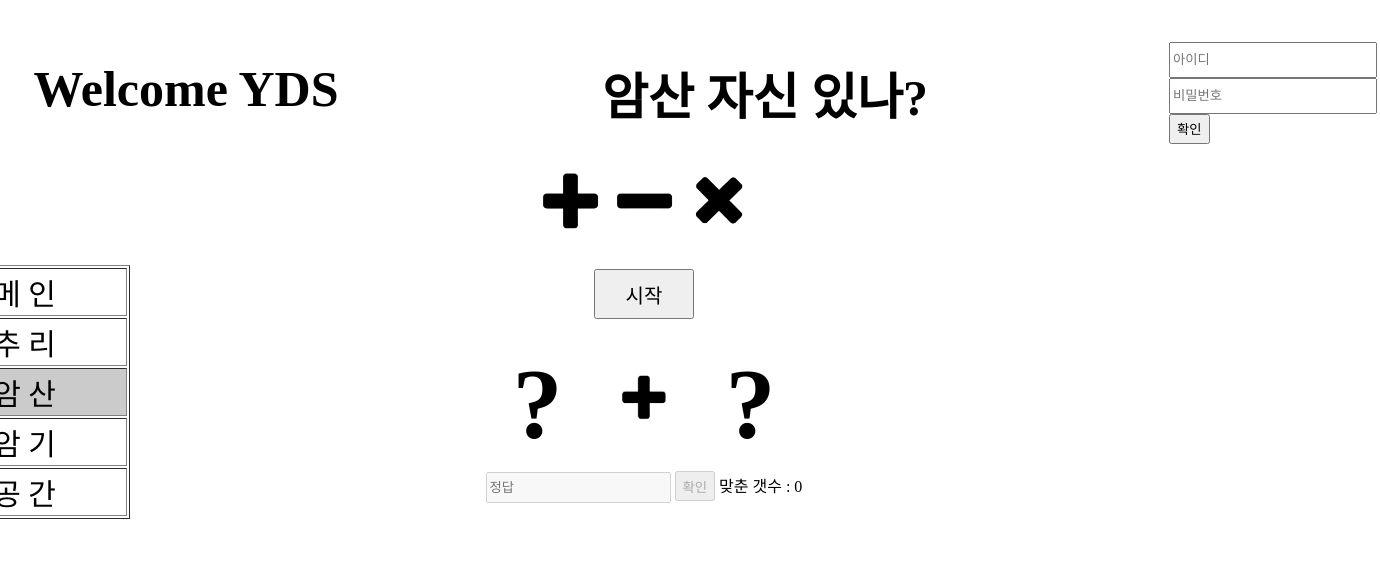
Repository: ejrtn/springbootMaven
Page: deoksu/src/main/resources/static/math.html
These files come from the project's save history. The page is drawn as it stood at one moment and after the next save; the edit follows.
The browser window is 1280 px wide. The page is 1380 px wide, so the pictures cover 1380 px, including what lies to the right of the window. The pictures show the whole page.

Above is the page before, as saved 2021-04-10 09:08:25.

After the next save:
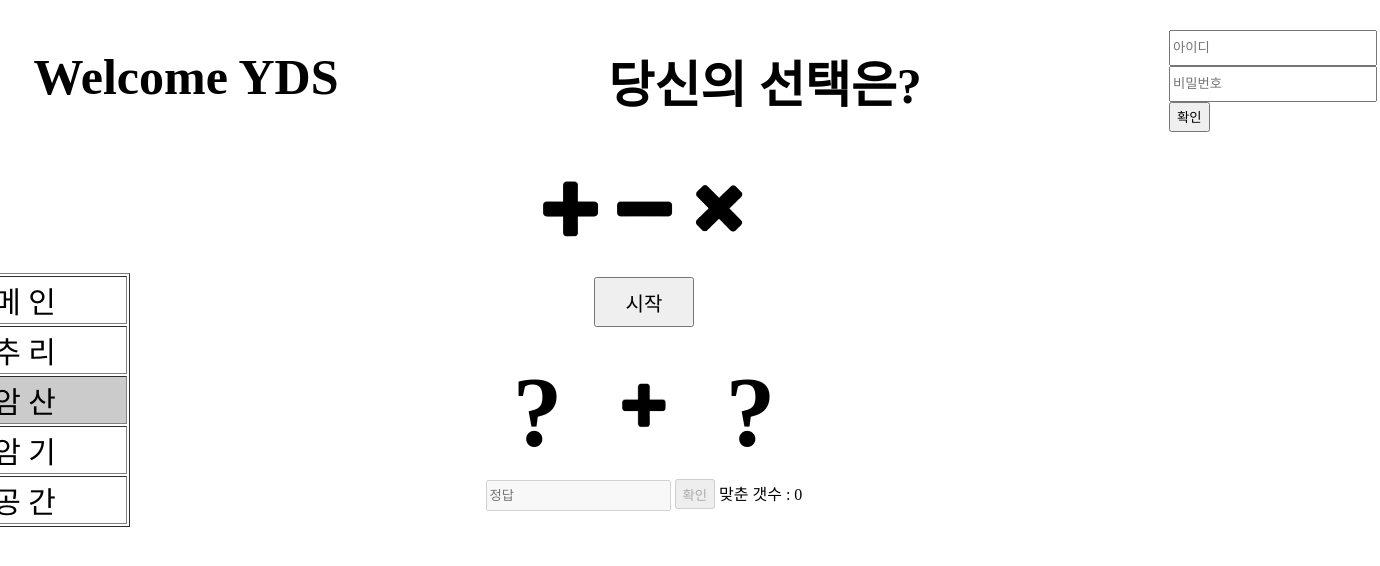
Saved 3 min 36 s later.
--- a/deoksu/src/main/resources/static/math.html
+++ b/deoksu/src/main/resources/static/math.html
@@ -101,14 +101,14 @@
 </script>
 </head>
 <body>
-	<div align="center" style="margin-top: 20px;">
+	<div align="center">
 		<table>
 			<tr>
 				<td>
 					<h1 align="center" style="font-size: 50px; width: 350px; height:66px;">Welcome YDS</h1>
 				</td>
 				<td>
-					<h1 align="center"  style="font-size: 50px; width: 400px; margin-left: 200px; margin-right: 200px;">암산 자신 있나?</h1>
+					<h1 align="center"  style="font-size: 50px; width: 400px; margin-left: 200px; margin-right: 200px;">당신의 선택은?</h1>
 				</td>
 				<td>
 					<input type="text" placeholder="아이디" style="height: 30px; width: 200px;">
@@ -117,7 +117,8 @@
 				</td>
 			</tr>
 		</table>
-
+	</div>
+	<div align="center" style="margin-top: 20px;">
 		<div style="display: flex; flex: row; margin: 0 auto; width: 729px;">
 			<table border="1" style="margin-top: 100px; margin-left: -356px; margin-right: 356px;">
 				<tr><td style="font-size: 30px; width: 200px;" align="center">메 인</td></tr>
